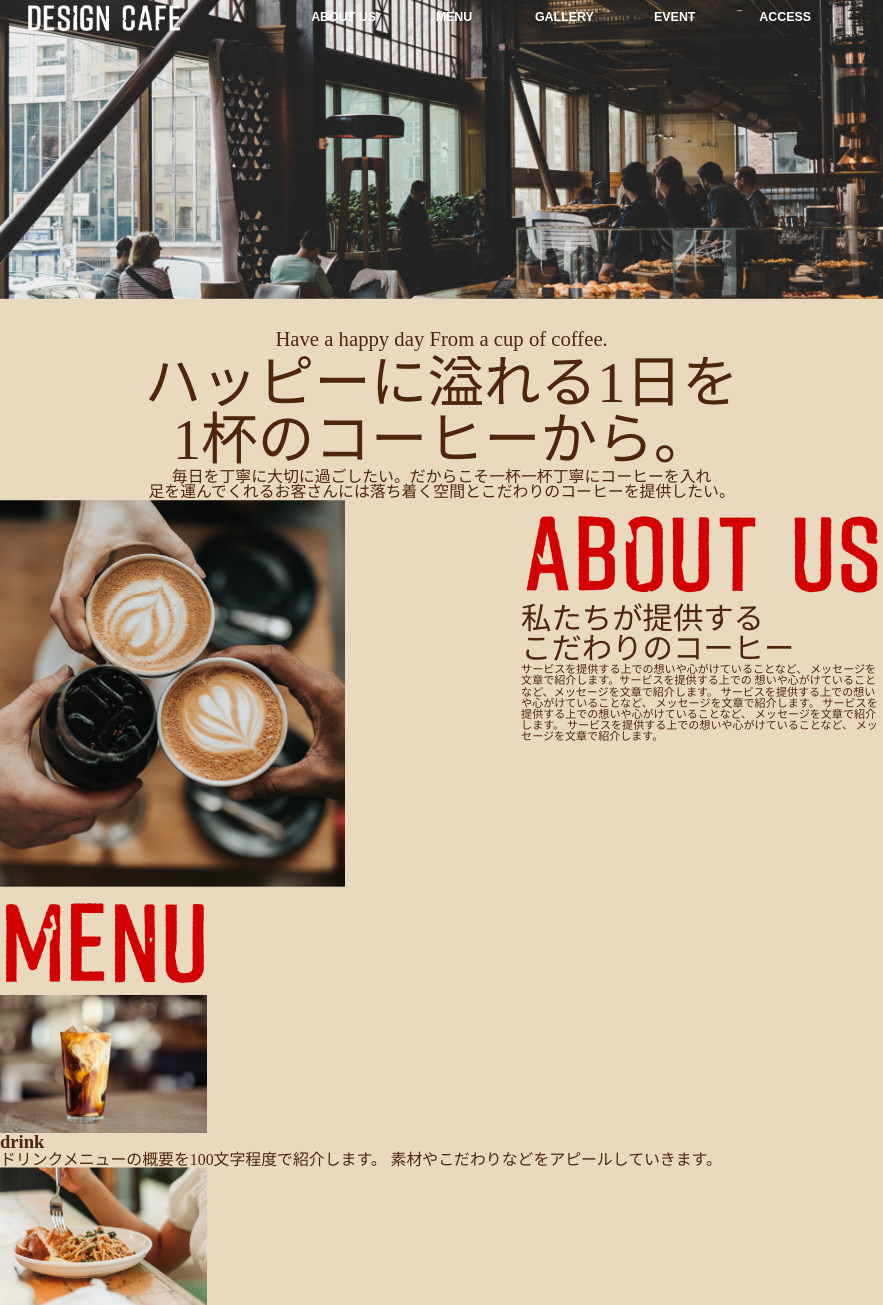
Repository: sonoyama01/dezasuta
Page: 第4回課題/index.html
These files come from the project's save history. The page is drawn as it stood at one moment and after the next save; the edit follows.
The browser window is 1280 px wide. The pictures show the whole page, at 69% of full size.

Above is the page before, as saved 2024-05-02 11:25:57.

After the next save:
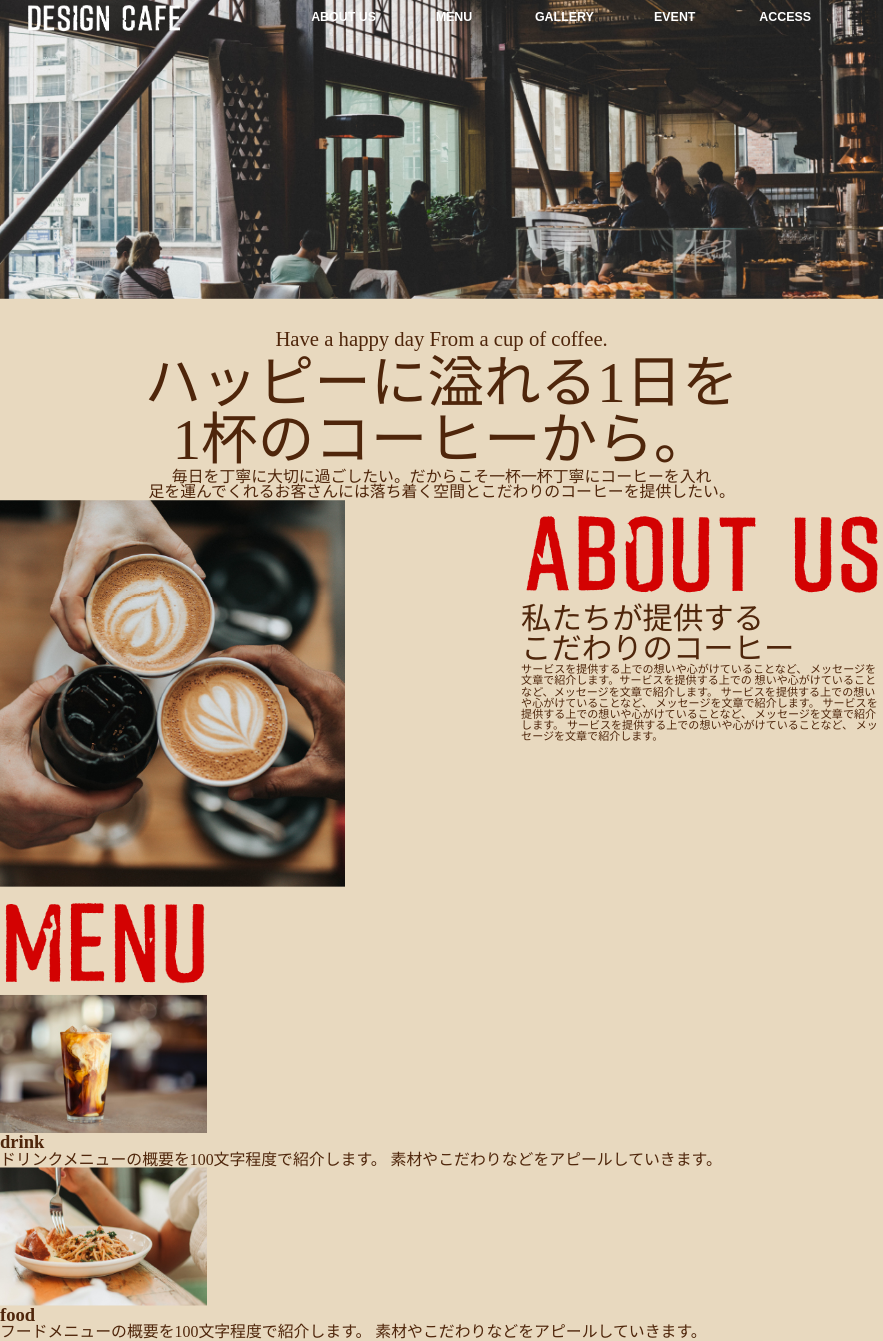
Saved 13 min 12 s later.
--- a/第4回課題/index.html
+++ b/第4回課題/index.html
@@ -91,7 +91,9 @@
             </div><!-- /.drink -->
             <div class="food">
                 <img src="./images/pc_menu_food-100.jpg" alt="food">
-
+                <h3>food</h3>
+                <p class="menu_tx">フードメニューの概要を100文字程度で紹介します。
+                    素材やこだわりなどをアピールしていきます。</p><!-- /.menu_tx -->
             </div><!-- /.food -->
         </div><!-- /.menu_fx -->
     </section><!-- /#menu -->
